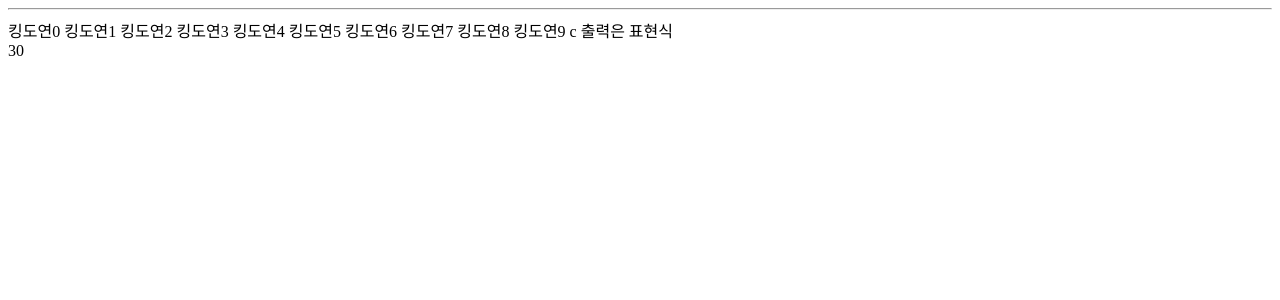
Repository: cordingdodo/javaworks2
Page: http://localhost/practice01/
These files come from the project's save history. The page is drawn as it stood at one moment and after the next save; the edit follows.
The browser window is 1280 px wide. The pictures show the whole page.
The page is served by Tomcat 9.

Above is the page before, as saved 2022-10-11 05:56:36.

After the next save:
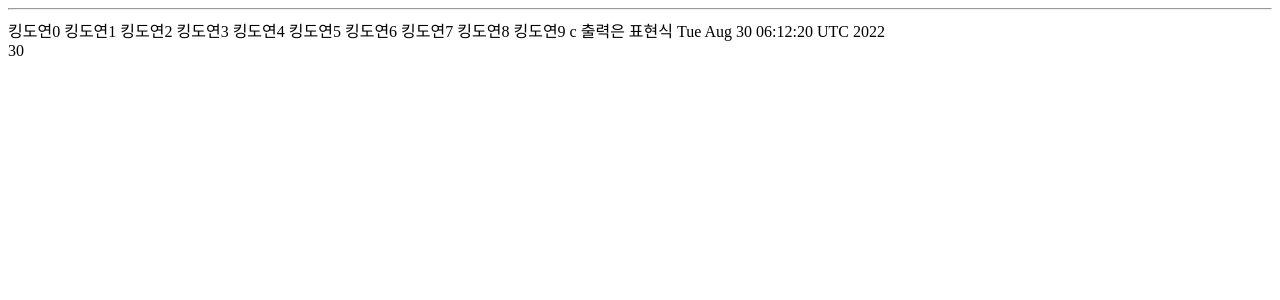
Saved 3 min 28 s later.
--- a/practice01/WebContent/index.jsp
+++ b/practice01/WebContent/index.jsp
@@ -29,6 +29,7 @@
 		out.println(name+d); //out: 출력개체를 의미 browser
 	}
 	out.println("c 출력은 표현식");
+	out.println(now);
 
 	//<%!--<%=c <- 얘를 표현식이라고 함  --%>
 
